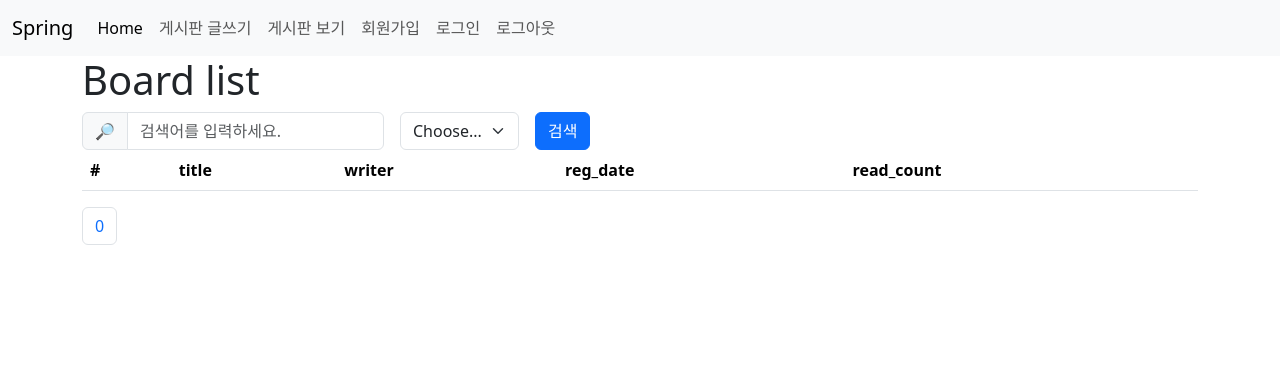
Repository: kimnoanoa/springTest240430
Page: http://localhost/spring_study/WEB-INF/views/board/list.jsp
An editor plug-in stored every save of this project. The page is shown before and after the next save, followed by the edit.
The browser window is 1280 px wide. The pictures show the whole page.
The page is served by Tomcat 9. Nobody is signed in. The template is opened directly, without the code that normally fills it, so the values that code supplies are empty.

Above is the page before, as saved 2024-04-25 02:15:06.

After the next save:
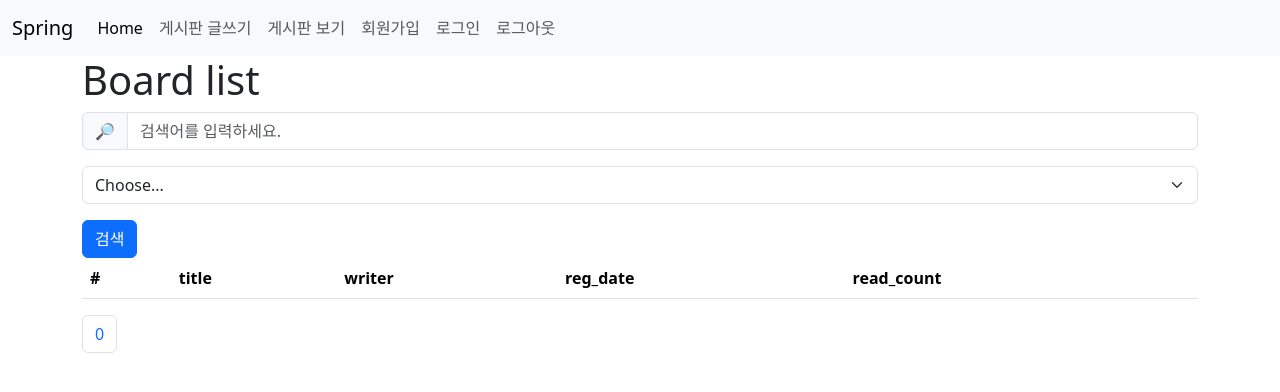
Saved 24 min 10 s later.
--- a/spring_study/src/main/webapp/WEB-INF/views/board/list.jsp
+++ b/spring_study/src/main/webapp/WEB-INF/views/board/list.jsp
@@ -6,6 +6,7 @@
 <div class="container-md">
 	<h1>Board list</h1>
 	<!-- 검색 -->
+	<form action="/board/list" method="get" class="row g-3">
 	<form class="row row-cols-lg-auto g-3 align-items-center">
   <div class="col-12">
     <label class="visually-hidden" for="inlineFormInputGroupUsername">Username</label>
@@ -28,6 +29,7 @@
   <div class="col-12">
     <button type="submit" class="btn btn-primary">검색</button>
   </div>
+</form>
 </form>
 	<table class="table table-hover">
 		<thead>
